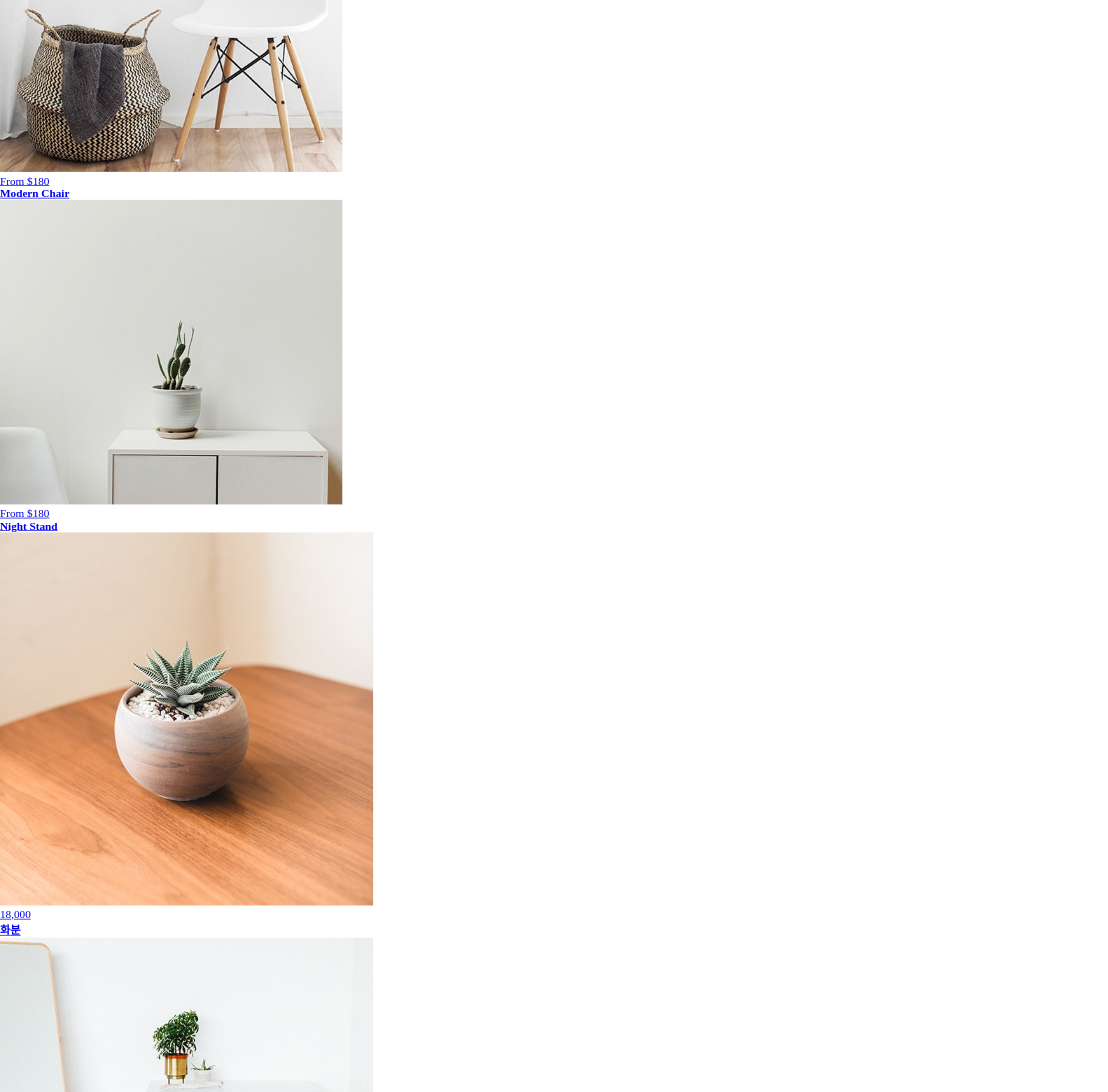
Repository: robbietaek/Java_Spring_Framework_Study
Page: http://localhost/team/WEB-INF/user/index.jsp
The author's editor kept a copy of each file at every save. The page is drawn from the files as they stood at one save, then again after the next save.
The browser window is 1280 px wide. The page is 1583 px wide, so the pictures cover 1583 px, including what lies to the right of the window. The pictures show the part of the page from y = 1972 to 3532 px (the page is 5843 px tall before and 5855 px after), at 70% of full size.
The page is served by Tomcat 9. Nobody is signed in. Other server files are loaded and not shown. The template is opened directly, without the code that normally fills it, so the values that code supplies are empty.

Above is the page before, as saved 2019-12-29 11:36:07.
Console error: ReferenceError: $ is not defined

### team/src/main/webapp/WEB-INF/user/index.jsp
<%@ page language="java" contentType="text/html; charset=UTF-8"
	pageEncoding="UTF-8"%>
<!DOCTYPE html>
<html lang="en">

<head>
<title>안녕하세요</title>
<style type="text/css">
* {
	margin: 0px;
	padding: 0px;
}

.animation_canvas { /* 이미지 한개의 영역만 보여줌 */
	overflow: hidden; /* 영역 외부의 내용을 보여주지 않음 */
	position: relative;
	width: 1583px;
	height: 400px;
}
/* 이미지 5개가 보여지는 영역  */
.slider_panel {
	width: 7915px;
	position: relative;
}
/* 이미지 한개 보여지는 영역  */
.slider_image {
	float: left;
	width: 1583px;
	height: 400px;
}
/* 설명을 보여주는 영역*/
.slider_text_panel {
	position: absolute;
	top: 100px;
	left: 50px;
}
/* 설명의 내용 */
.slider_text {
	position: absolute;
	width: 250px;
	height: 150px;
}
/* 선택버튼의 영역*/
.control_panel {
	position: absolute;
	top: 380px;
	left: 791px;
	height: 13px;
	overflow: hidden;
}
/*선택버튼 이미지 */
.control_button {
	width: 12px;
	height: 46px;
	position: relative;
	float: left;
	cursor: pointer;
	background: url('../slide/point_button.png');
}
/* 마우스가 올라가게 되면  살짝 올라감*/
.control_button:hover {
	top: -16px;
}
/* 다시 돌아옴*/
.control_button.select {
	top: -31px;
}
</style>
<script type="text/javascript">
	$(function() {
		//버튼들 이벤트 등록
		$(".control_button").each(function(index) {
			$(this).attr("idx", index)
		}).click(function() {
			//$(this).attr('idx') : 클릭된 컴포넌트의 idx 속성 값 0~4
			var index = $(this).attr('idx');
			moveSlider(index);
		});
		//클릭과 상관없이 화면이 로드 된 경우 실행됨
		//처음에 몰아나오는 텍스트를 보이지 않도록 설정 + idx 속성 등록
		$('.slider_text').css("left", -300).each(function(index) {
			$(this).attr("idx", index)
		});
		moveSlider(0); //첫번째 이미지가 화면에 출력되도록
		var idx = 0;
		var inc = 1;
		setInterval(function() {
			if (idx >= 4) {
				inc = -1;
			}
			if (idx <= 0) {
				inc = 1;
			}
			idx += inc;
			moveSlider(idx);
		}, 5000);
	});

	function moveSlider(index) {
		var moveLeft = -(index * 1583);
		$('.slider_panel').animate({
			left : moveLeft
		}, 'slow');
		$('.control_button[idx=' + index + ']').addClass('select');
		$('.control_button[idx!=' + index + ']').removeClass('select');
		$('.slider_text[idx=' + index + ']').show().animate({
			left : 0
		}, 'slow');
		$('.slider_text[idx!=' + index + ']').hide('slow', function() {
			$(this).css('left', -300);
		});
	}
</script>
</head>
<body>
	<!-- Product Catagories Area Start -->
	<div class="products-catagories-area clearfix">
		<div class="animation_canvas">

			<div class="slider_panel">
				<img src="../slide/C1.png" class="slider_image" /> <img
					src="../slide/C2.jpg" class="slider_image" /> <img
					src="../slide/C3.png" class="slider_image" /> <img
					src="../slide/C4.jpg" class="slider_image" /> <img
					src="../slide/C5.jpg" class="slider_image" />
			</div>

			<div class="control_panel">
				<div class="control_button"></div>
				<div class="control_button"></div>
				<div class="control_button"></div>
				<div class="control_button"></div>
				<div class="control_button"></div>
			</div>
		</div>
		<div class="amado-pro-catagory clearfix">

			<!-- Single Catagory -->
			<div class="single-products-catagory clearfix">
				<a href="shop.html"> <img src="../img/bg-img/1.jpg" alt="">
					<!-- Hover Content -->
					<div class="hover-content">
						<div class="line"></div>
						<p>180,000</p>
						<h4>방송용 의자</h4>
					</div>
				</a>
			</div>

			<!-- Single Catagory -->
			<div class="single-products-catagory clearfix">
				<a href="shop.html"> <img src="../img/bg-img/2.jpg" alt="">
					<!-- Hover Content -->
					<div class="hover-content">
						<div class="line"></div>
						<p>24,000</p>
						<h4>공기정화용 꽃</h4>
					</div>
				</a>
			</div>

			<!-- Single Catagory -->
			<div class="single-products-catagory clearfix">
				<a href="shop.html"> <img src="../img/bg-img/3.jpg" alt="">
					<!-- Hover Content -->
					<div class="hover-content">
						<div class="line"></div>
						<p>From $180</p>
						<h4>Modern Chair</h4>
					</div>
				</a>
			</div>

			<!-- Single Catagory -->
			<div class="single-products-catagory clearfix">
				<a href="shop.html"> <img src="../img/bg-img/4.jpg" alt="">
					<!-- Hover Content -->
					<div class="hover-content">
						<div class="line"></div>
						<p>From $180</p>
						<h4>Night Stand</h4>
					</div>
				</a>
			</div>

			<!-- Single Catagory -->
			<div class="single-products-catagory clearfix">
				<a href="shop.html"> <img src="../img/bg-img/5.jpg" alt="">
					<!-- Hover Content -->
					<div class="hover-content">
						<div class="line"></div>
						<p>18,000</p>
						<h4>화분</h4>
					</div>
				</a>
			</div>

			<!-- Single Catagory -->
			<div class="single-products-catagory clearfix">
				<a href="shop.html"> <img src="../img/bg-img/6.jpg" alt="">
					<!-- Hover Content -->
					<div class="hover-content">
						<div class="line"></div>
						<p>320,000</p>
						<h4>테이블</h4>
					</div>
				</a>
			</div>

			<!-- Single Catagory -->
			<div class="single-products-catagory clearfix">
				<a href="shop.html"> <img src="../img/bg-img/7.jpg" alt="">
					<!-- Hover Content -->
					<div class="hover-content">
						<div class="line"></div>
						<p>31,800</p>
						<h4>메탈릭 의자</h4>
					</div>
				</a>
			</div>

			<!-- Single Catagory -->
			<div class="single-products-catagory clearfix">
				<a href="shop.html"> <img src="img/bg-img/8.jpg" alt=""> <!-- Hover Content -->
					<div class="hover-content">
						<div class="line"></div>
						<p>31,800</p>
						<h4>예쁜 의자</h4>
					</div>
				</a>
			</div>

			<!-- Single Catagory -->
			<div class="single-products-catagory clearfix">
				<a href="shop.html"> <img src="../img/bg-img/9.jpg" alt="">
					<!-- Hover Content -->
					<div class="hover-content">
						<div class="line"></div>
						<p>31,000</p>
						<h4>장식</h4>
					</div>
				</a>
			</div>
		</div>
	</div>
	<!-- Product Catagories Area End -->
</body>

</html>

After the next save:
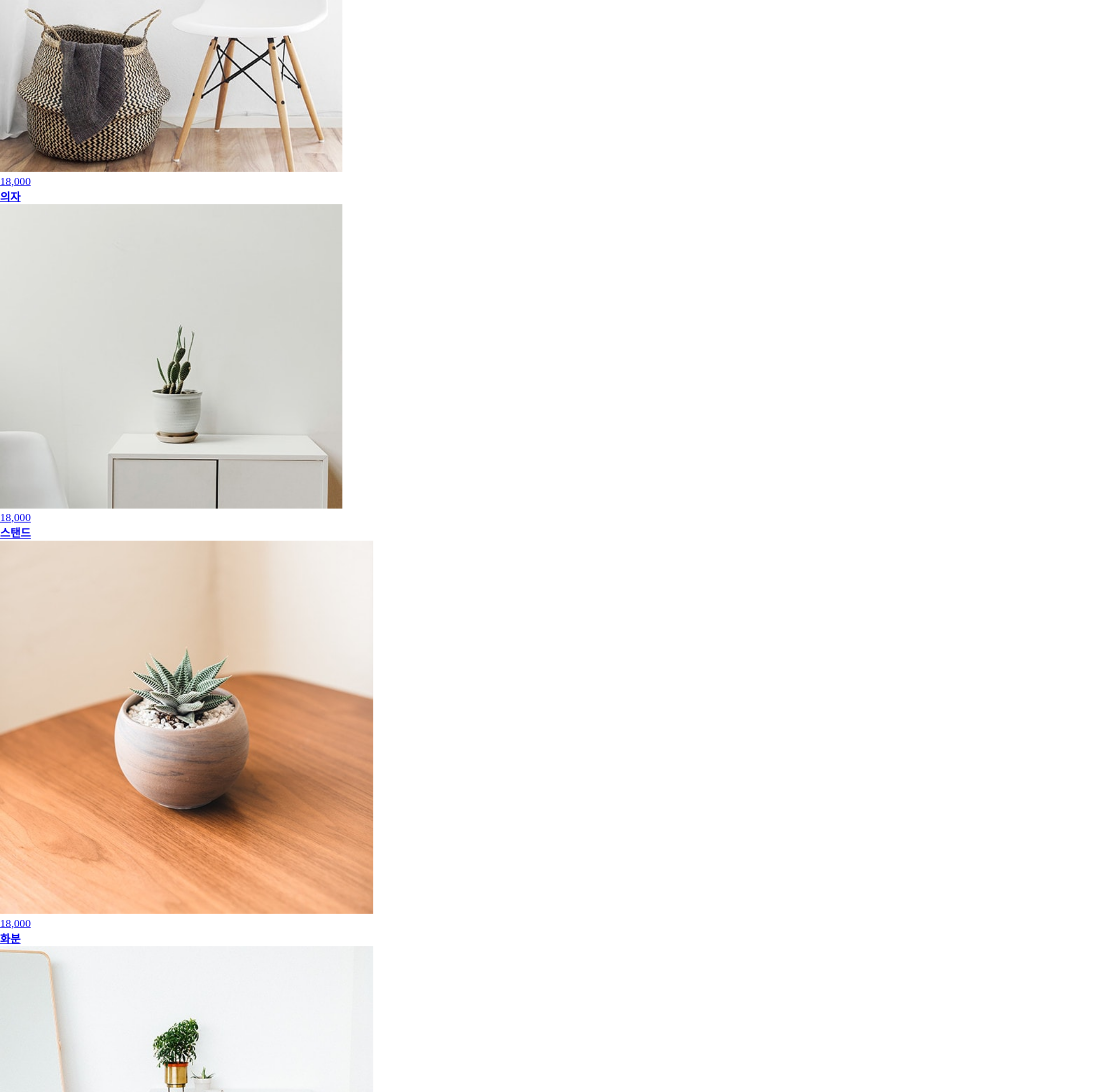
Saved 21 s later.
--- a/team/src/main/webapp/WEB-INF/user/index.jsp
+++ b/team/src/main/webapp/WEB-INF/user/index.jsp
@@ -165,8 +165,8 @@
 					<!-- Hover Content -->
 					<div class="hover-content">
 						<div class="line"></div>
-						<p>From $180</p>
-						<h4>Modern Chair</h4>
+						<p>18,000</p>
+						<h4>의자</h4>
 					</div>
 				</a>
 			</div>
@@ -177,8 +177,8 @@
 					<!-- Hover Content -->
 					<div class="hover-content">
 						<div class="line"></div>
-						<p>From $180</p>
-						<h4>Night Stand</h4>
+						<p>18,000</p>
+						<h4>스탠드</h4>
 					</div>
 				</a>
 			</div>
